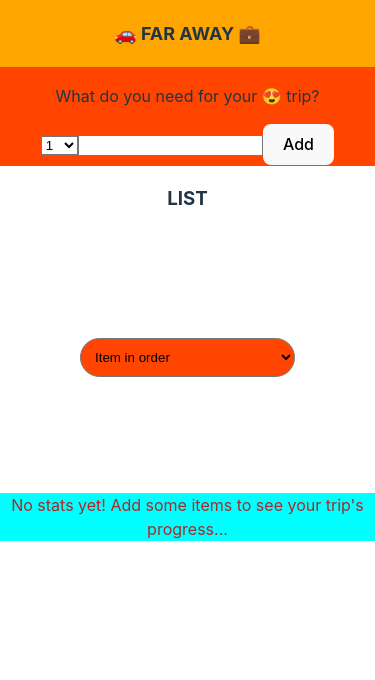
Repository: Celebration-cloud/Trip-Add-To-List
Page: /
An editor plug-in stored every save of this project. The page is shown before and after a run of saves, followed by the edit.
The browser window is 375 px wide. The pictures show the whole page.
The project was rebuilt for these pictures with package versions that can differ from the ones it lists, and the page was loaded fresh each time. Also part of the build but not shown: vite.config.js.

Above is the page before, as saved 2023-10-29 17:15:23.

After the next 2 saves:
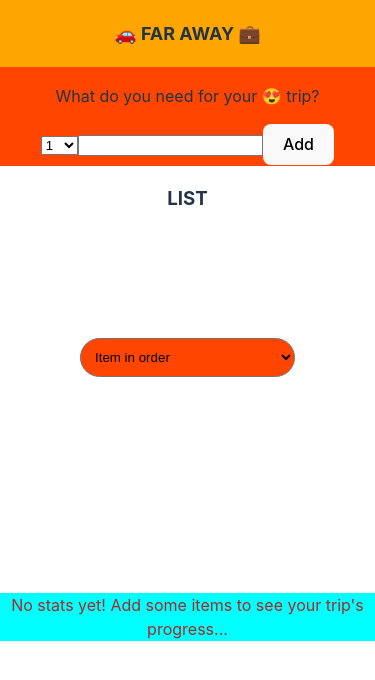
The 2 saves are shown as one change because they came seconds apart.
The last was saved 59 s later.
--- a/src/Trip-List/TripList.css
+++ b/src/Trip-List/TripList.css
@@ -19,7 +19,7 @@
     position: relative;
     background-color: aqua;
     color: brown;
-    top: 100px;
+    top: 200px;
     margin-bottom: auto;
     width: 100%;
 }

After the save that followed:
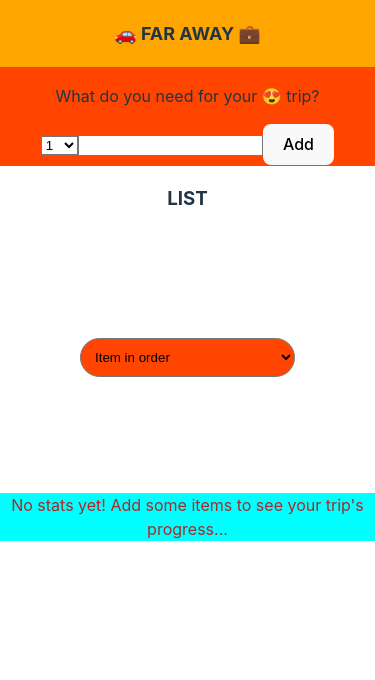
Saved 9 s later.
--- a/src/Trip-List/TripList.css
+++ b/src/Trip-List/TripList.css
@@ -19,7 +19,7 @@
     position: relative;
     background-color: aqua;
     color: brown;
-    top: 200px;
+    top: 100px;
     margin-bottom: auto;
     width: 100%;
 }
